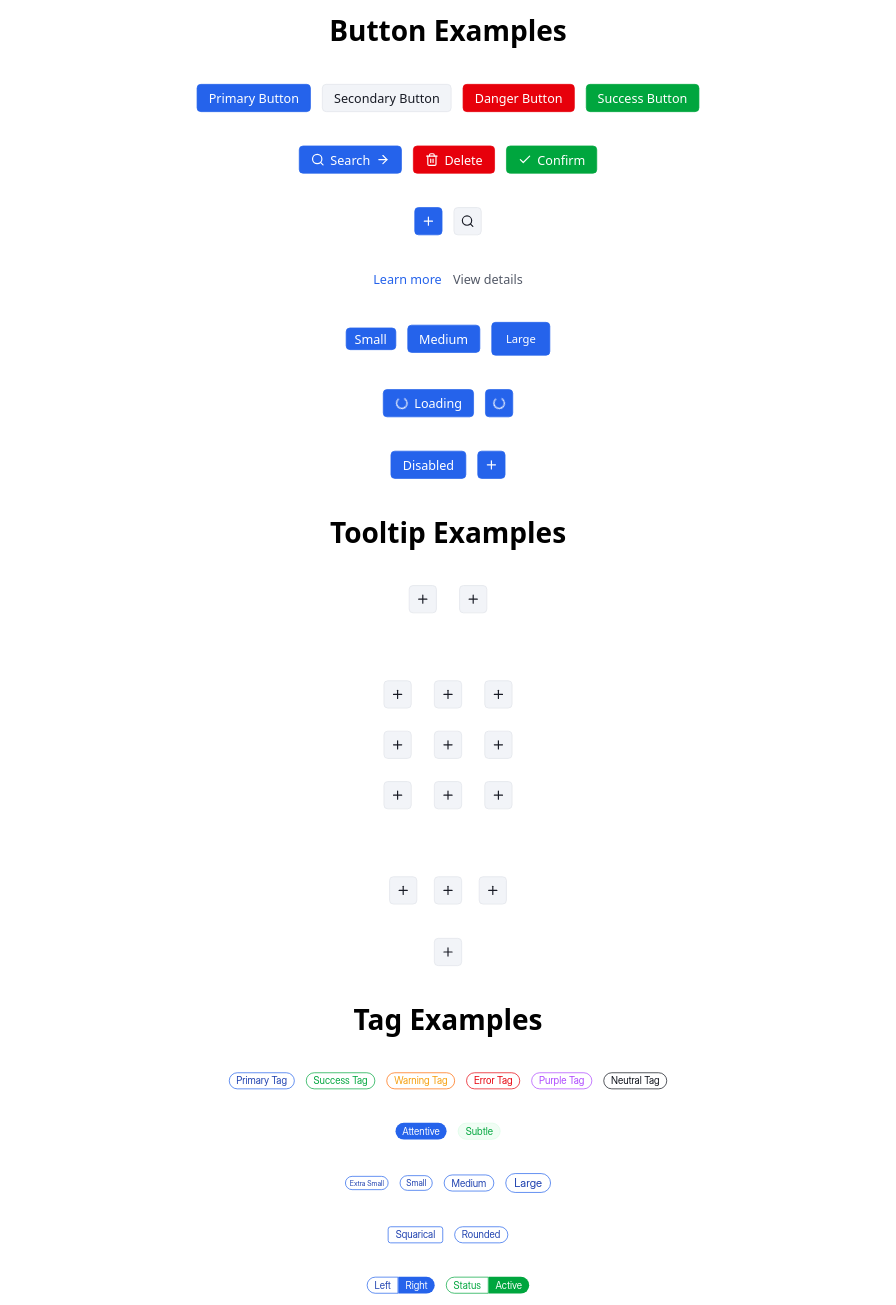
Repository: vinit-juspay/design-system
Page: /
The author's editor kept a copy of each file at every save. The page is drawn from the files as they stood at one save, then again after the next save.
The browser window is 1280 px wide. The pictures show the whole page, at 70% of full size.
Some web fonts or font styles are not loaded; a fallback is used. The project was rebuilt for these pictures with package versions that can differ from the ones it lists, and the page was loaded fresh each time. Also part of the build but not shown: vite.config.ts, src/components/button/Button.utils.ts, src/components/button/Button.tsx.

Above is the page before, as saved 2025-04-05 19:14:35.

After the next save:
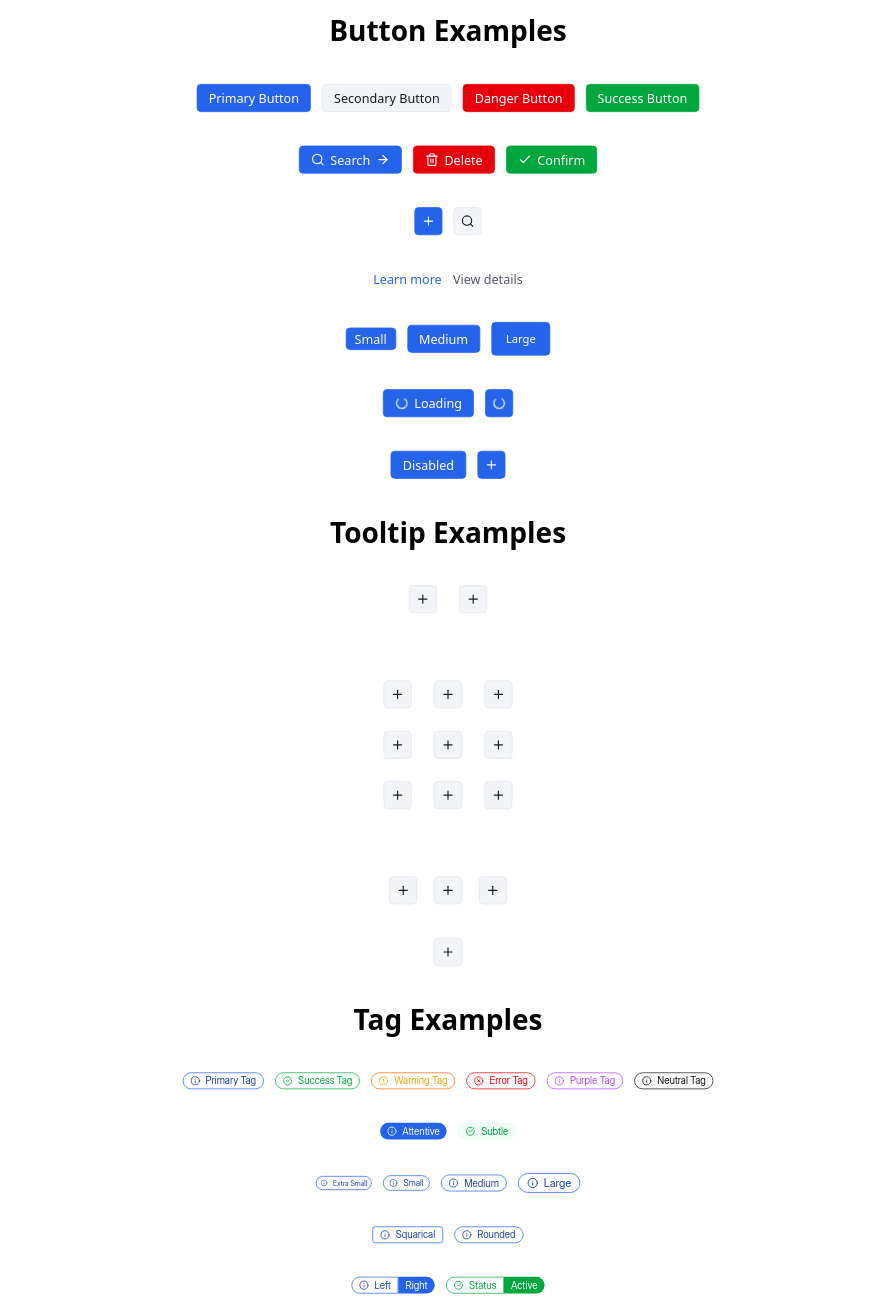
Saved 79 s later.
--- a/lib/components/Tags/Tags.tsx
+++ b/lib/components/Tags/Tags.tsx
@@ -3,6 +3,8 @@ import { TagProps, SplitTagProps } from './types';
 import { cn } from '../../utils';
 import { getTagClassNames, getSplitTagClassNames } from './utils';
 import { themeConfig } from '../../themeConfig';
+// Import default icons
+import { CheckCircle, XCircle, AlertCircle, InfoIcon } from 'lucide-react';
 
 const Tag = React.forwardRef<HTMLDivElement, TagProps>(
   ({
@@ -27,6 +29,16 @@ const Tag = React.forwardRef<HTMLDivElement, TagProps>(
       lg: "h-4 w-4"
     };
 
+    // Default icons based on color
+    const getDefaultIcon = () => {
+      switch (color) {
+        case 'success': return <CheckCircle />;
+        case 'error': return <XCircle />;
+        case 'warning': return <AlertCircle />;
+        default: return <InfoIcon />;
+      }
+    };
+
     if (variant === 'splitTags') {
       return null; // SplitTag component should be used instead
     }
@@ -37,9 +49,13 @@ const Tag = React.forwardRef<HTMLDivElement, TagProps>(
         className={cn(baseClassNames, className)}
         {...props}
       >
-        {leadingSlot && (
+        {leadingSlot !== undefined ? (
           <div className={cn("flex items-center justify-center", slotSizes[size])}>
             {leadingSlot}
+          </div>
+        ) : (
+          <div className={cn("flex items-center justify-center", slotSizes[size])}>
+            {getDefaultIcon()}
           </div>
         )}
         {(label || children) && (
@@ -47,7 +63,7 @@ const Tag = React.forwardRef<HTMLDivElement, TagProps>(
             {label || children}
           </span>
         )}
-        {trailingSlot && (
+        {trailingSlot !== undefined && (
           <div className={cn("flex items-center justify-center", slotSizes[size])}>
             {trailingSlot}
           </div>
@@ -79,6 +95,16 @@ export const SplitTag = React.forwardRef<HTMLDivElement, SplitTagProps>(
       lg: "h-4 w-4"
     };
 
+    // Default icons based on color
+    const getDefaultIcon = () => {
+      switch (color) {
+        case 'success': return <CheckCircle />;
+        case 'error': return <XCircle />;
+        case 'warning': return <AlertCircle />;
+        default: return <InfoIcon />;
+      }
+    };
+
     return (
       <div
         ref={ref}
@@ -86,9 +112,13 @@ export const SplitTag = React.forwardRef<HTMLDivElement, SplitTagProps>(
         {...props}
       >
         <div className={getSplitTagClassNames(tagStyle, size, color, true)}>
-          {leftSlot && (
+          {leftSlot !== undefined ? (
             <div className={cn("flex items-center justify-center", slotSizes[size])}>
               {leftSlot}
+            </div>
+          ) : (
+            <div className={cn("flex items-center justify-center", slotSizes[size])}>
+              {getDefaultIcon()}
             </div>
           )}
           {leftLabel && (
@@ -103,7 +133,7 @@ export const SplitTag = React.forwardRef<HTMLDivElement, SplitTagProps>(
               {rightLabel}
             </span>
           )}
-          {rightSlot && (
+          {rightSlot !== undefined && (
             <div className={cn("flex items-center justify-center", slotSizes[size])}>
               {rightSlot}
             </div>
